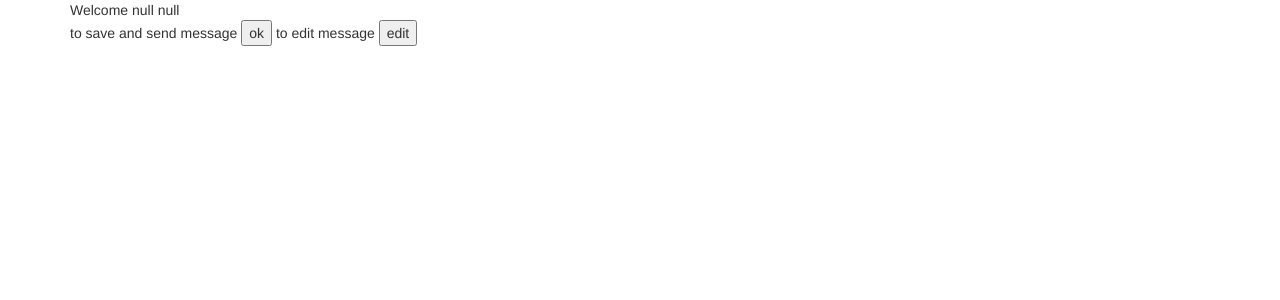
Repository: shiveshk/PullData
Page: http://localhost/Hams/message.jsp
An editor plug-in stored every save of this project. The page is shown before and after the next save, followed by the edit.
The browser window is 1280 px wide. The pictures show the whole page.
The page is served by Tomcat 9. Nobody is signed in. The application's start-up code is not run.

Above is the page before, as saved 2015-11-10 11:15:28.
Console error (its wording comes from the project's code and is left out).

After the next save:
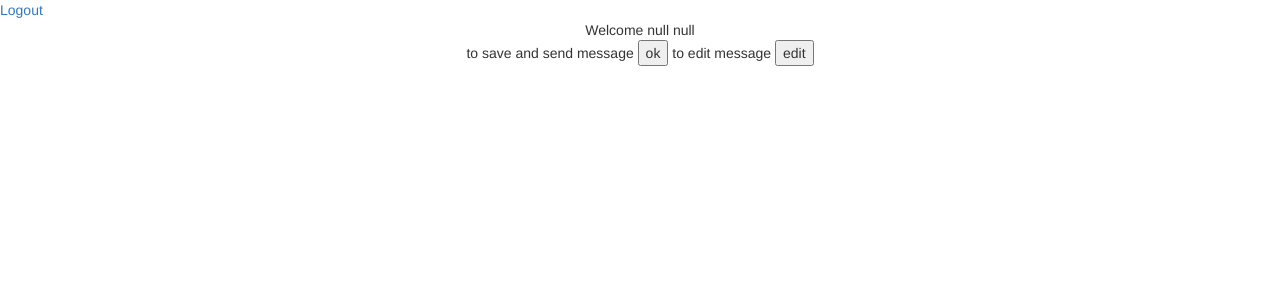
Saved 24 s later.
--- a/Hams/WebContent/message.jsp
+++ b/Hams/WebContent/message.jsp
@@ -15,7 +15,9 @@
 </head>
 <body>
 
+<a href="LogoutServlet">Logout</a>
 
+<center>
 
 <div class="container" >
 <% String username = (String)request.getSession().getAttribute("name");
@@ -31,5 +33,6 @@ to save and send message <input type="submit" name="act" value="ok" /><b></b>
 to edit message <input type="submit" name="act" value="edit" />
 </form>
 </div>
+</center>
 </body>
 </html>
